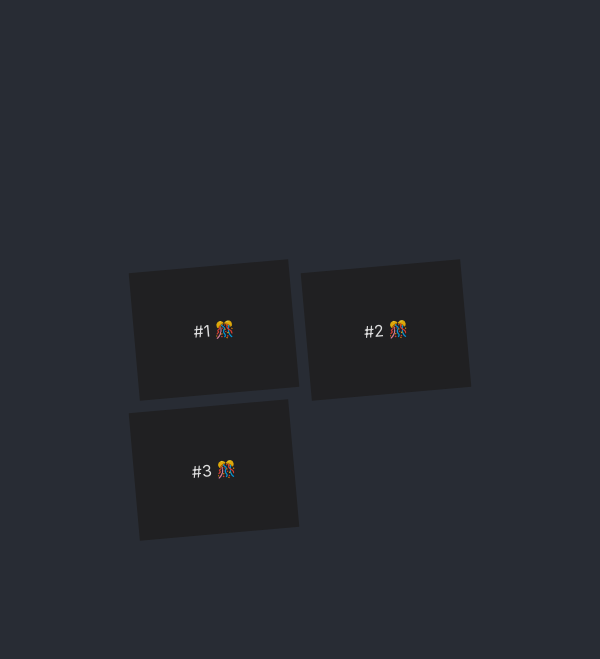
Repository: devsecops-node/simple-play
Page: /recomendations
The author's editor kept a copy of each file at every save. The page is drawn from the files as they stood at one save, then again after the next save.
The browser window is 600 px wide. The pictures show the whole page.
The project was rebuilt for these pictures with package versions that can differ from the ones it lists, and the page was loaded fresh each time. The framework's server and built-in components were replaced by stand-ins that run in the browser. Also part of the build but not shown: next.config.mjs.

Above is the page before, as saved 2024-06-21 18:42:47.

### src/app/recomendations/page.tsx
import React from 'react'
import Container from '../_components/Container'
import { RecomendationUI } from '../_components/RecomendationsSearch'
import Card from '../_components/Card'
import styles from "../_styles/cards.module.css"

export interface RecomendationUI2 {
  id: number
  recomenda: string
}

const page = () => {
  const recom: RecomendationUI2[] = [
    { id: 1, recomenda: 'Cuando sonries, el mundo entero se detiene, es tan triste que no lo veas' },
    { id: 2, recomenda: 'Si me preguntas que si te ves bien, diria que no hay nada que cambiaria, eres increible, tal como eres' },
    { id: 3, recomenda: 'Ya deja de preocuparte, recuerda que' }]
  return (
    <Container>
      <div className={styles.container}>
        <div className={styles.cards}>
          {recom.map((dat) => (
            <Card key={dat.id} recomenda={dat} />
          ))}
        </div>
      </div>
    </Container>
  )
}

export default page

### src/app/globals.css
@tailwind base;
@tailwind components;
@tailwind utilities;

:root {
  --foreground-rgb: 0, 0, 0;
  --background-start-rgb: 214, 219, 220;
  --background-end-rgb: 255, 255, 255;
}

@media (prefers-color-scheme: dark) {
  :root {
    --foreground-rgb: 255, 255, 255;
    --background-start-rgb: 0, 0, 0;
    --background-end-rgb: 0, 0, 0;
  }
}

body {
  color: rgb(var(--foreground-rgb));
  background: linear-gradient(to bottom,
      transparent,
      rgb(var(--background-end-rgb))) rgb(var(--background-start-rgb));
}

@layer utilities {
  .text-balance {
    text-wrap: balance;
  }
}

input {
  color: black;
  padding: 3px 5px;
  border-radius: 0.125rem;
  -webkit-border-radius: 0.125rem;
  -moz-border-radius: 0.125rem;
  -ms-border-radius: 0.125rem;
  -o-border-radius: 0.125rem;
  font-size: 15px;
  border: none;
}

input[type=text]:focus {
  outline: 2px solid #0284c7;
}
/* Resource for Card */

### src/app/_components/Container.tsx
import React from 'react'

const Container = ({ children }: { children: React.ReactNode }) => {
  return (
    <div className='bg-[#282c34] h-screen text-white flex flex-col items-center justify-center'>
      {children}
    </div>
  )
}

export default Container

### src/app/_components/Card.tsx
"use client"
import React, { useState } from 'react'
import styles from "../_styles/cards.module.css"
import { RecomendationUI2 } from '../recomendations/page'

// h-[120px] w-[200px] cursor-pointer p-4 rounded-md bg-white shadow-md text-black transition-all duration-150 hover:scale-105
const Card = ({ recomenda }: { recomenda: RecomendationUI2 }) => {
  const [status, setStatus] = useState(false)
  return (
    <div className={styles.card} onMouseEnter={() => setStatus(true)} onMouseLeave={() => setStatus(false)}>
      <h2 className={styles.card_title}>#{recomenda.id} 🎊</h2>
      {status ? (<p>{recomenda.recomenda}</p>) : null}
    </div>
  )
}

export default Card

### src/app/_styles/cards.module.css
.container {
  height: 100%;
  width: 100%;
  padding: 1rem 0;
  display: grid;
  place-content: center;

  .cards {
    display: grid;
    grid-template-columns: repeat(2, 1fr);
    gap: 0.75rem;
    pointer-events: none;
  }
}

.card {
  height: 13rem;
  width: 15rem;
  color: #ffffffda;
  padding: 1.5rem;
  background-color: #202022;
  pointer-events: auto;
  opacity: 1;
  transition: all 0.5s ease-in-out;
  display: flex;
  justify-items: center;
  align-items: center;
  flex-direction: column;
  -webkit-transition: all 0.5s ease-in-out;
  -moz-transition: all 0.5s ease-in-out;
  -ms-transition: all 0.5s ease-in-out;
  -o-transition: all 0.5s ease-in-out;
  transform: rotate(-5deg);
}
@media(max-width:720px){
  .card{
    height: 8rem;
    width: 10rem;
  }
}

.card:hover {
  transform: scale(1.2);
  -webkit-transform: scale(1.2);
  -moz-transform: scale(1.2);
  -ms-transform: scale(1.2);
  -o-transform: scale(1.2);
  border: 1px solid wheat;
  z-index: 10;
}
.card_title{
  margin: auto 0;
}

Loaded but not shown: src/app/layout.tsx (common file); tailwind.config.ts (common file)

After the next save:
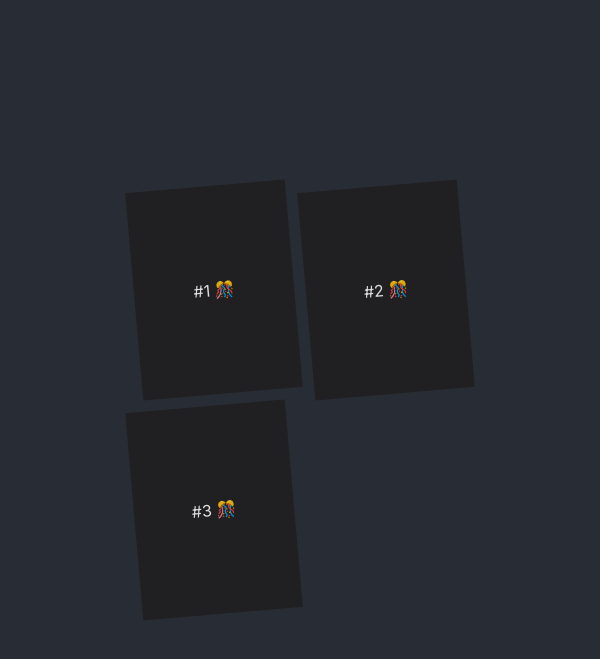
Saved 44 s later.
--- a/src/app/_styles/cards.module.css
+++ b/src/app/_styles/cards.module.css
@@ -34,7 +34,7 @@
 }
 @media(max-width:720px){
   .card{
-    height: 8rem;
+    min-height: 8rem;
     width: 10rem;
   }
 }
